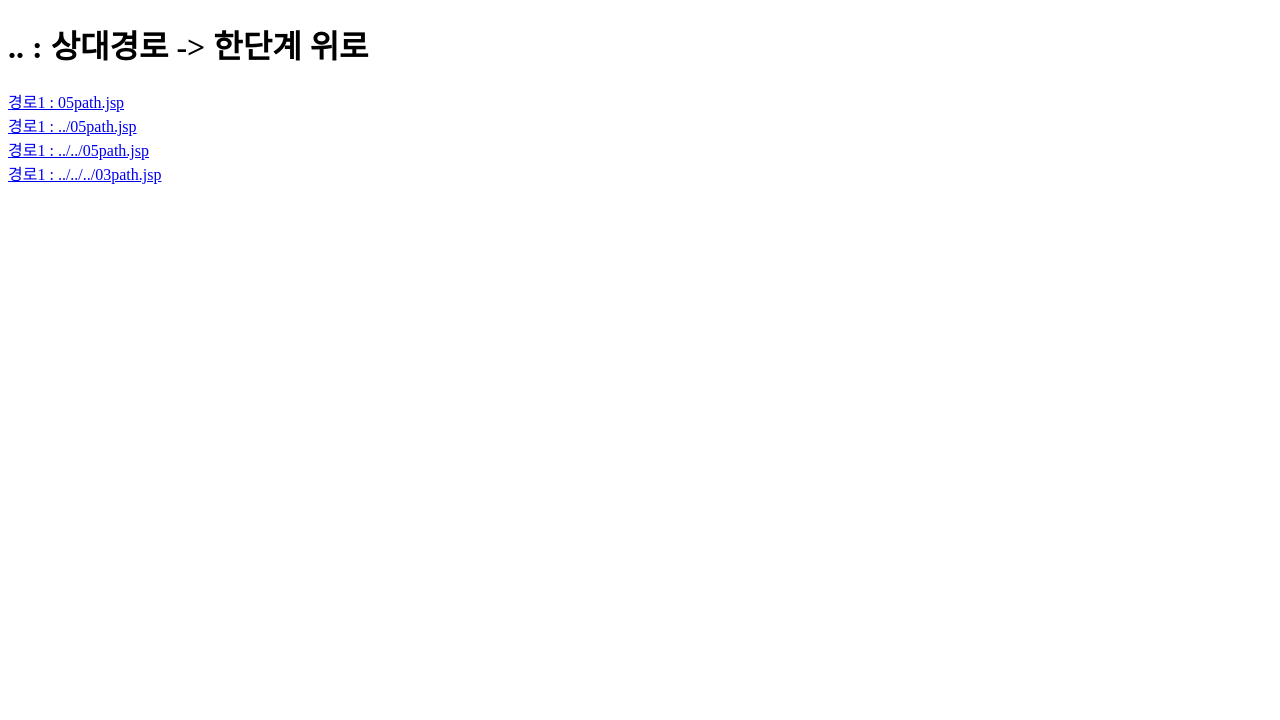
Repository: JJinBBangg/JSP
Page: http://localhost/jsp/ch07/lecture/04path/04path.jsp
These files come from the project's save history. The page is drawn as it stood at one moment and after the next save; the edit follows.
The browser window is 1280 px wide. The pictures show the whole page.
The page is served by Tomcat 9. Other server files are loaded and not shown.

Above is the page before, as saved 2023-03-30 01:17:54.

### jsp/src/main/webapp/ch07/lecture/04path/04path.jsp
<%@ page language="java" contentType="text/html; charset=UTF-8"
    pageEncoding="UTF-8"%>
<%@ page import="java.util.*"%>
<!DOCTYPE html>
<html>
<head>
<meta charset="UTF-8">
<title>Insert title here</title>
</head>
<body>
	<h1>.. : 상대경로 -> 한단계 위로 </h1>
	<a href="05path.jsp">경로1 : 05path.jsp</a> <br />
	<a href="../05path.jsp">경로1 : ../05path.jsp</a> <br />
	<a href="../../05path.jsp">경로1 : ../../05path.jsp</a> <br />
	<a href="../../../03path.jsp">경로1 : ../../../03path.jsp</a>
</body>
</html>

After the next save:
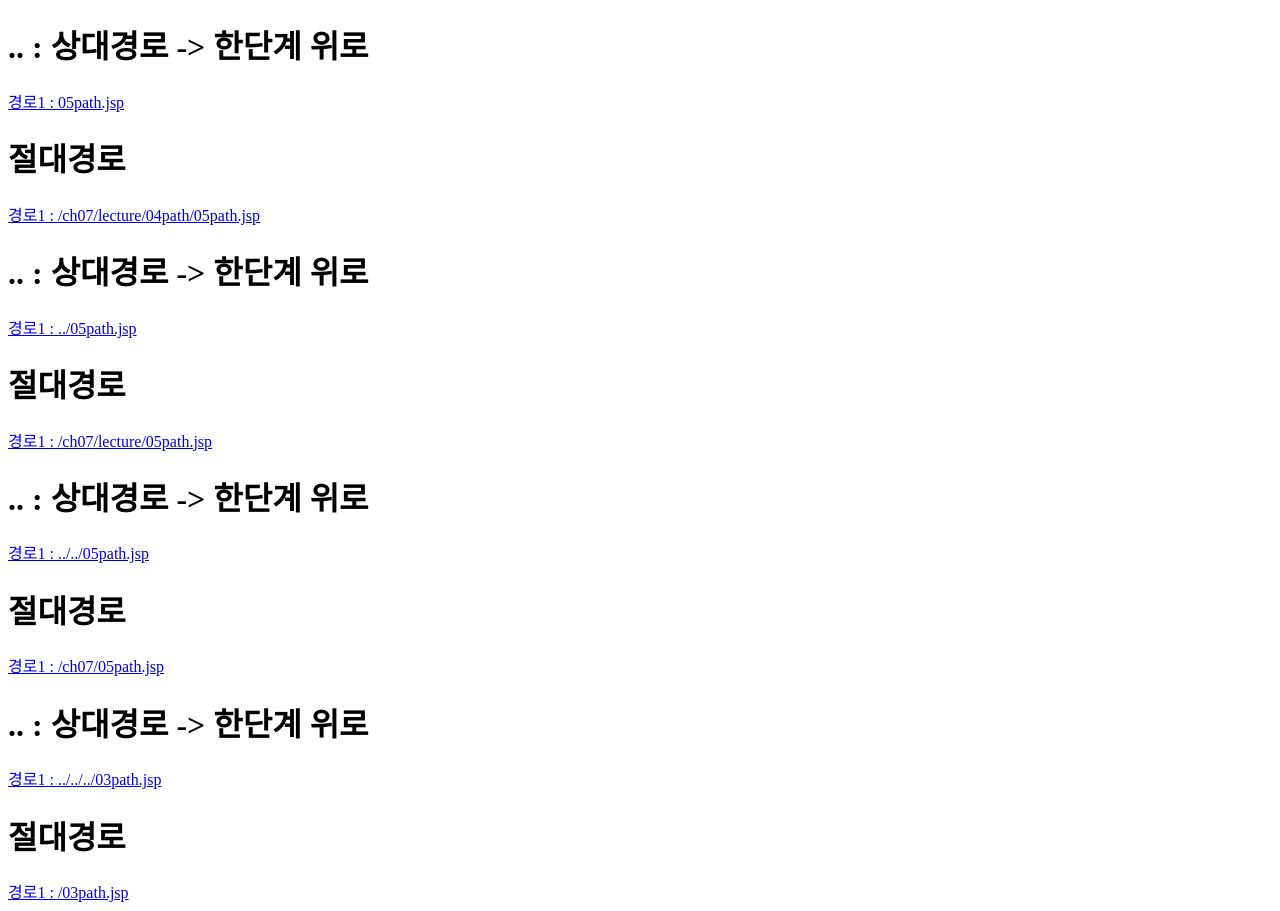
Saved 4 min 4 s later.
--- a/jsp/src/main/webapp/ch07/lecture/04path/04path.jsp
+++ b/jsp/src/main/webapp/ch07/lecture/04path/04path.jsp
@@ -10,8 +10,25 @@
 <body>
 	<h1>.. : 상대경로 -> 한단계 위로 </h1>
 	<a href="05path.jsp">경로1 : 05path.jsp</a> <br />
+	<h1>절대경로</h1>
+	<a href="05path.jsp">경로1 : /ch07/lecture/04path/05path.jsp</a> <br />
+
+
+	<h1>.. : 상대경로 -> 한단계 위로 </h1>
 	<a href="../05path.jsp">경로1 : ../05path.jsp</a> <br />
+	<h1>절대경로</h1>
+	<a href="/ch07/lecture/05path.jsp">경로1 : /ch07/lecture/05path.jsp</a> <br />
+
+
+	<h1>.. : 상대경로 -> 한단계 위로 </h1>
 	<a href="../../05path.jsp">경로1 : ../../05path.jsp</a> <br />
+	<h1>절대경로</h1>
+	<a href="/ch07/05path.jsp">경로1 : /ch07/05path.jsp</a> <br />
+
+
+	<h1>.. : 상대경로 -> 한단계 위로 </h1>
 	<a href="../../../03path.jsp">경로1 : ../../../03path.jsp</a>
+	<h1>절대경로</h1>
+	<a href="/03path.jsp">경로1 : /03path.jsp</a> <br />
 </body>
 </html>
